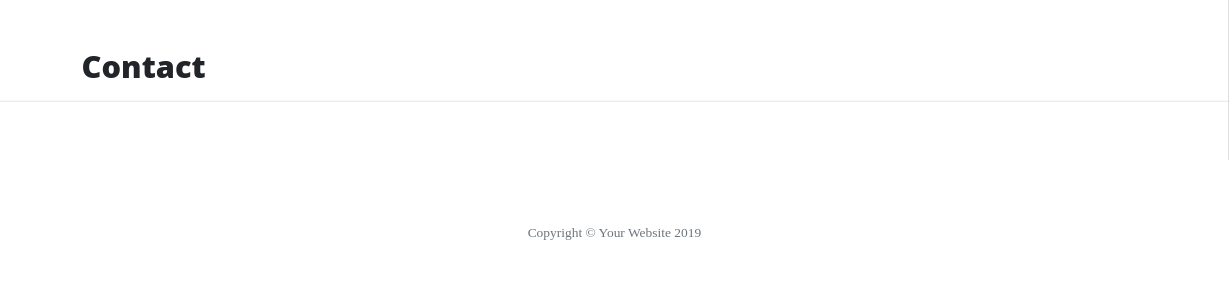
Repository: teetsjeremy/flask_project
Page: http://localhost/contact
The author's editor kept a record of every edit. The page is drawn from the files as they stood at one moment, then again after a run of edits.
The browser window is 1280 px wide. The pictures show the part of the page from y = 628 to 1647 px (the page is 946 px tall before and 1647 px after), at 96% of full size.
The page is served by the project's application, run on Flask 3 (app.py).

Above is the page before.

After the next 2 edits:
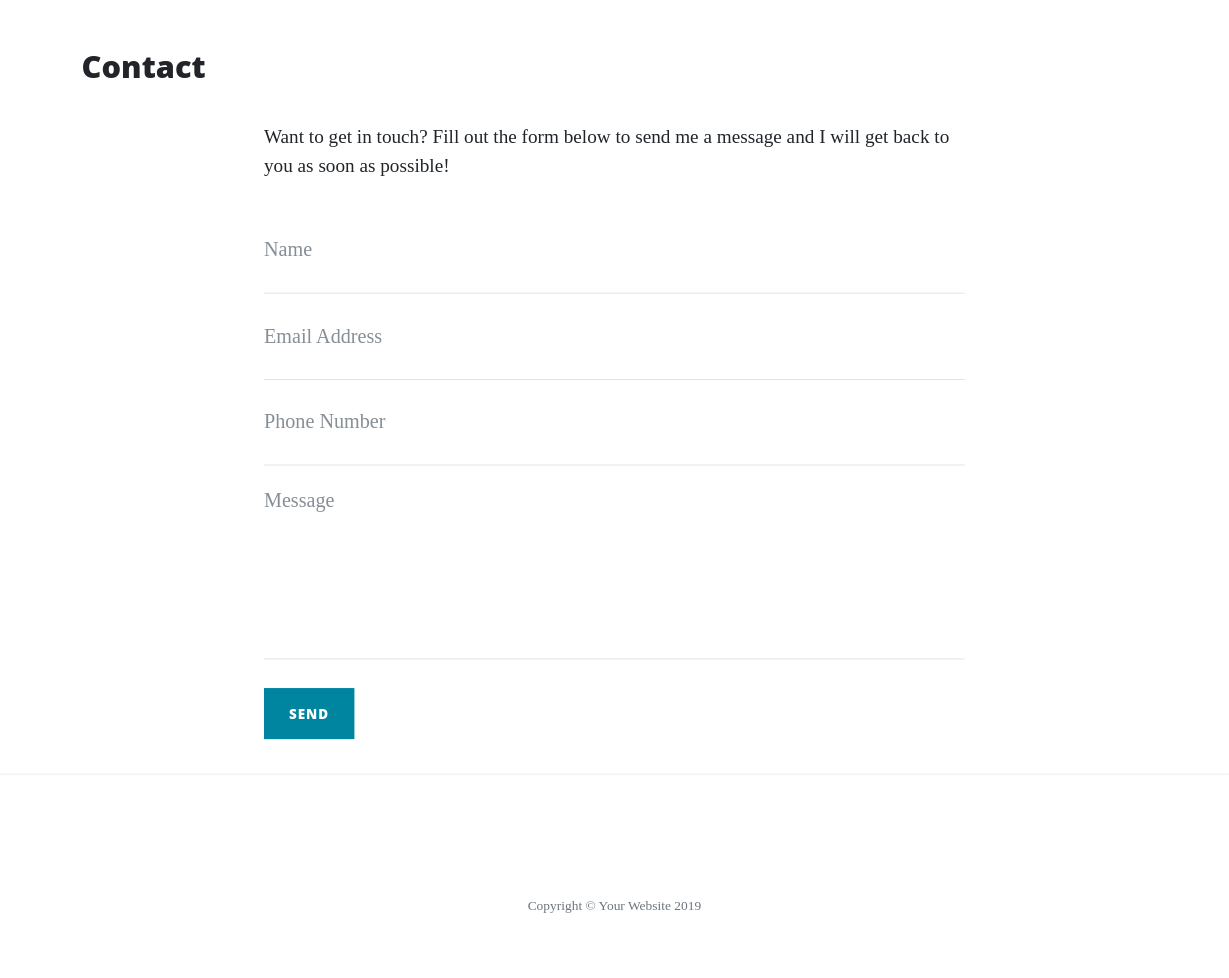
The 2 edits are shown as one change because 1 did not build or start.
The edit:
--- a/templates/contact.html
+++ b/templates/contact.html
@@ -2,5 +2,54 @@
 {% block content %}
 <h2>{{ page_title }}</h2>
 
+<div class="row">
+    <div class="col-lg-8 col-md-10 mx-auto">
+        {% with messages = get_flashed_messages() %}
+        {% if messages %}
+        <ul class="flashes">
+            {% for message in messages %}
+            <li>{{ message }}</li>
+            {% endfor %}
+        </ul>
+        {% endif %}
+        {% endwith %}
+        <p>Want to get in touch? Fill out the form below to send me a message and I will get back to you as soon as possible!</p>
 
+        <form method="POST" name="sentMessage" id="contactForm">
+            <div class="control-group">
+                <div class="form-group floating-label-form-group controls">
+                    <label>Name</label>
+                    <input type="text" class="form-control" placeholder="Name" name="name" id="name" required data-validation-required-message="Please enter your name.">
+                    <p class="help-block text-danger"></p>
+                </div>
+            </div>
+            <div class="control-group">
+                <div class="form-group floating-label-form-group controls">
+                    <label>Email Address</label>
+                    <input type="email" class="form-control" placeholder="Email Address" name="email" id="email" required data-validation-required-message="Please enter your email address.">
+                    <p class="help-block text-danger"></p>
+                </div>
+            </div>
+            <div class="control-group">
+                <div class="form-group col-xs-12 floating-label-form-group controls">
+                    <label>Phone Number</label>
+                    <input type="tel" class="form-control" placeholder="Phone Number" name="number" id="phone" required data-validation-required-message="Please enter your phone number.">
+                    <p class="help-block text-danger"></p>
+                </div>
+            </div>
+            <div class="control-group">
+                <div class="form-group floating-label-form-group controls">
+                    <label>Message</label>
+                    <textarea rows="5" class="form-control" placeholder="Message" name="message" id="message" required data-validation-required-message="Please enter a message."></textarea>
+                    <p class="help-block text-danger"></p>
+                </div>
+            </div>
+            <br>
+            <div id="success"></div>
+            <div class="form-group">
+                <button type="submit" class="btn btn-primary" id="sendMessageButton">Send</button>
+            </div>
+        </form>
+    </div>
+</div>
 {% endblock %}
